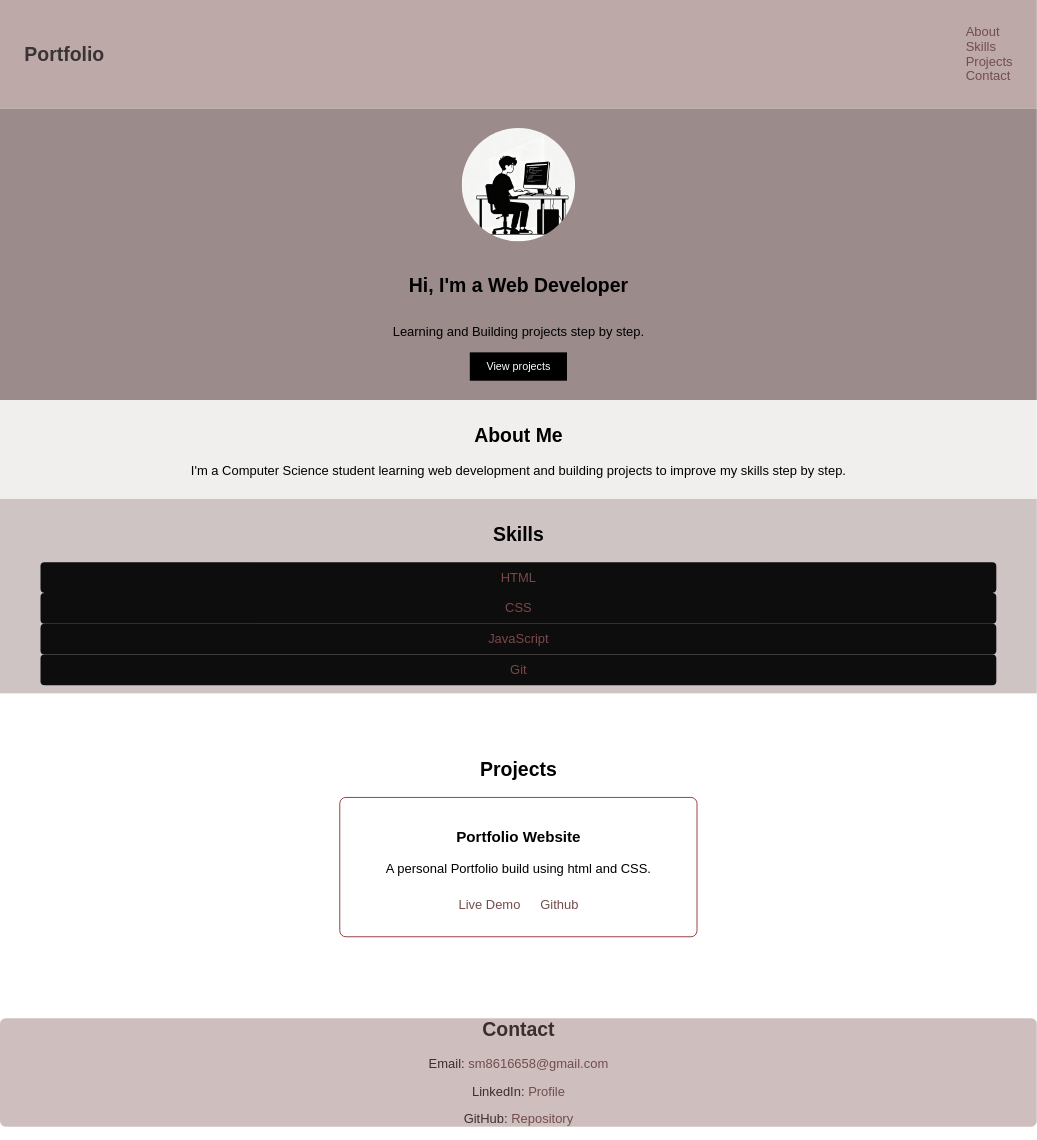
Repository: syeda-naqvi-hub/Portfolio-website
Page: python/portfolio/index.html
These files come from the project's save history. The page is drawn as it stood at one moment and after the next save; the edit follows.
The browser window is 1280 px wide. The pictures show the whole page, at 81% of full size.

Above is the page before, as saved 2026-02-07 13:19:08.

### python/portfolio/index.html
<!DOCTYPE html>
<html lang="en">
<head>
    <meta charset="UTF-8">
    <meta name="viewport" content="width=device-width, initial-scale=1.0">
    <title>Portfolio</title>
    <link rel="stylesheet" href="style.css">
</head>
<body>
    <script src="script.js"></script>
    <header>
        <nav>
            <h2 class="logo">Portfolio</h2>
            <ul>
                <li><a href="#about">About</a></li>
                <li><a href="#skills">Skills</a></li>
                <li><a href="#projects">Projects</a></li>
                <li><a href="#contact">Contact</a></li>
            </ul>
        </nav>
    </header>
    <section class="hero">
        <img src="profile.jpeg" class="profile-img" alt="developer">
        <h1>Hi, I'm a Web Developer </h1>
        <p>Learning and Building projects step by step.</p>
        <button>View projects</button>
    </section>
    <section id="about" class="about">
        <h2>About Me</h2>
        <p>
            I'm a Computer Science student learning web development and building projects to improve my skills step by step.
        </p>
    </section>
    <section id="skills" class="skills">
        <h2>Skills</h2>
        <div class="skills-list">
            <div>HTML</div>
            <div>CSS</div>
            <div>JavaScript</div>
            <div>Git</div>
        </div>
    </section>
    <section id="projects" class="projects">
        <h2>Projects</h2>
        <div class="project-card">
            <h3>Portfolio Website</h3>
            <p>A personal Portfolio build using html and CSS.</p>
            <a href="#">Live Demo</a>
            <a href="#">Github</a>
        </div>
    </section>
    <section id="contact" class="contact">
        <h2>Contact</h2>
        <p>Email: <a href="mailto:sm8616658@gmail.com">sm8616658@gmail.com</a></p>
        <p>LinkedIn: <a href="https://linkedin.com/in/Syeda Naqvi">Profile</a></p>
        <p>GitHub: <a href="https://github.com/syeda-naqvi-hub">Repository</a></p>
    </section>
</body>
</html>

### python/portfolio/style.css
body {
    font-family: arial,sans-serif;
    margin: 0;
}
header {
    background: #bea9a9;
    color: rgb(58, 52, 52);
    padding: 15px 30px;
}
nav {
    display: flex;
    justify-content: space-between;
    align-items: center;
}
ul {
    display: row;
    list-style: none;
    gap: 10px;
}
a {
    color: rgb(114, 77, 77);
    text-decoration:none
}
.hero {
    height: 50vh;
    display: flex;
    flex-direction: column;
    justify-content: center;
    align-items: center;
    background: #9b8b8b;
    text-align: center;
}
.profile-img {
    width: 140px;
    border-radius: 50%;
    margin-bottom: 20px;
    align-items:center;
}
button {
    padding: 10px 20px;
    border: none;
    background: black;
    color: white;
    cursor: pointer;
    transition: 0.3s;
}
button:hover {
    background: #444;
    transform: scale(1.05);
}
.about {
     justify-content: center;
    align-items: center;
    background: #f1eeee;
    text-align: center;
    padding: 10px 20px;
    text-align: center;
}
.skills {
    background: #cec4c4;
    padding:  10px 50px;
    text-align: center;
}
.skills-set {
    color: #8a6363;
    display: flex;
    justify-content: center;
    gap: 20px;
    margin-top: 3px;
}
.skills-list div {
    background: #0e0d0d;
    color: rgb(122, 73, 73);
    padding: 10px 10px;
    border-radius: 5px;
}
.projects {
    padding: 60px 20px;
    text-align: center;
}
.project-card {
    border: 1px solid #7c1919;
    padding: 20px;
    margin: 20px auto;
    max-width: 400px;
    border-radius: 8px;
}
.project-card a {
    margin: 10px;
    display: inline-block;
}
.contact {
    background: #cfbebe;
    color: rgb(58, 47, 47);
    text-align: center;
    border-radius: 7px;
}
@media (max-width: 768px)
{
    ul {
        flex-direction: row;
        gap: 10px;
    }
    .skills-list {
        flex-direction: column;
        align-items: center;
    }.hero {
        height: auto;
        padding: 40px 20px;
    }
}
section {
    animation: fadein 1s ease-in;
}
@keyframes fadein{
    from {
        opacity: 0;
        transform: translate(20px);
    }
    to {
        opacity: 1;
        transform: translateY(0);
    }
}
.project-card {
    transition: 0.3s;
}
.project-card:hover {
    transform: translateY(-5px);
    box-shadow: 0 5px 15px
    rgba(0,0,0,0.2);
}

### python/portfolio/script.js
console.log("Portfolio loaded")
document.querySelectorAll("a").forEach(anchor =>
{
    anchor.addEventListener("click",function(e)
{
    e.preventDefault();
    document.querySelectorAll(this.getAttribute("href"))
    .scrollintoview({behaviour:"smooth"});
});
});

After the next save:
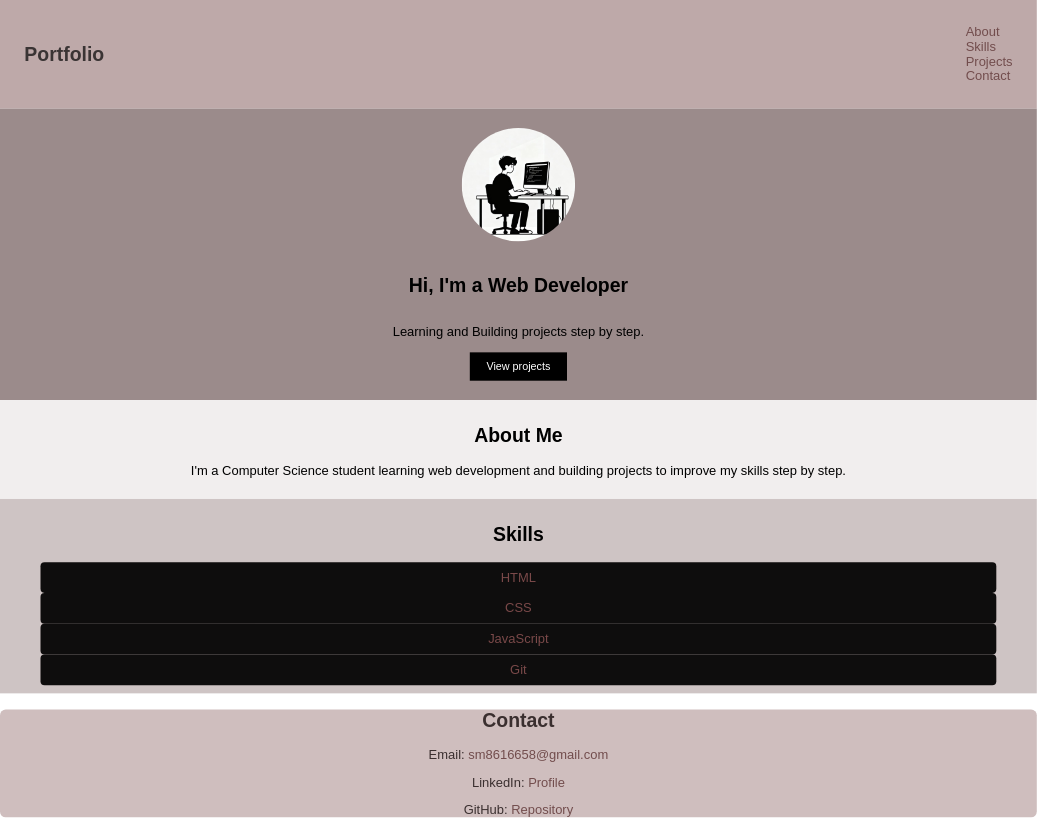
Saved 3 min 36 s later.
--- a/python/portfolio/index.html
+++ b/python/portfolio/index.html
@@ -19,18 +19,21 @@
             </ul>
         </nav>
     </header>
+    <!-- Hero SECTION -->
     <section class="hero">
         <img src="profile.jpeg" class="profile-img" alt="developer">
         <h1>Hi, I'm a Web Developer </h1>
         <p>Learning and Building projects step by step.</p>
         <button>View projects</button>
     </section>
+    <!-- ABOUT SECTION -->
     <section id="about" class="about">
         <h2>About Me</h2>
         <p>
             I'm a Computer Science student learning web development and building projects to improve my skills step by step.
         </p>
     </section>
+    <!-- SKILLS SECTION -->
     <section id="skills" class="skills">
         <h2>Skills</h2>
         <div class="skills-list">
@@ -40,7 +43,7 @@
             <div>Git</div>
         </div>
     </section>
-    <section id="projects" class="projects">
+    <!-- <section id="projects" class="projects">
         <h2>Projects</h2>
         <div class="project-card">
             <h3>Portfolio Website</h3>
@@ -48,7 +51,8 @@
             <a href="#">Live Demo</a>
             <a href="#">Github</a>
         </div>
-    </section>
+    </section> -->
+
     <section id="contact" class="contact">
         <h2>Contact</h2>
         <p>Email: <a href="mailto:sm8616658@gmail.com">sm8616658@gmail.com</a></p>
